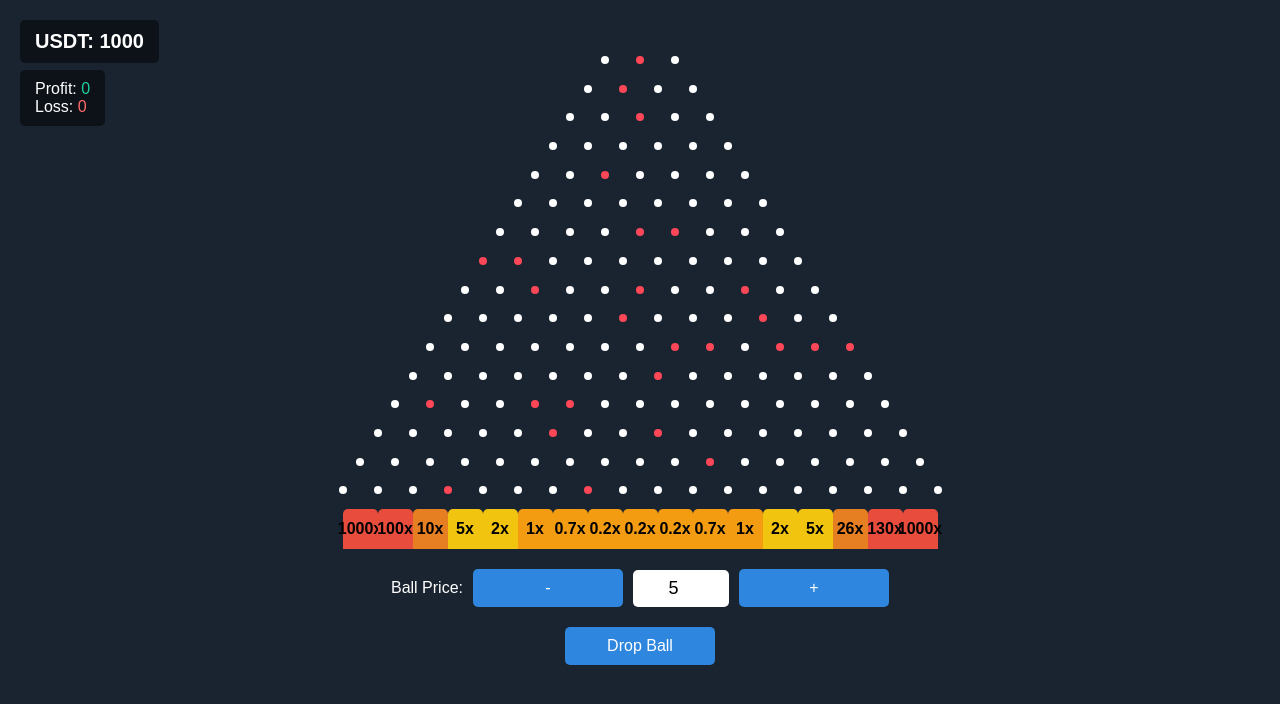
Repository: daffa-alif/PLINKO-JS
Page: plinko.html
The author's editor kept a copy of each file at every save. The page is drawn from the files as they stood at one save, then again after a run of saves.
The browser window is 1280 px wide. The pictures show the whole page.

Above is the page before, as saved 2025-03-07 08:42:28.

After the next 3 saves:
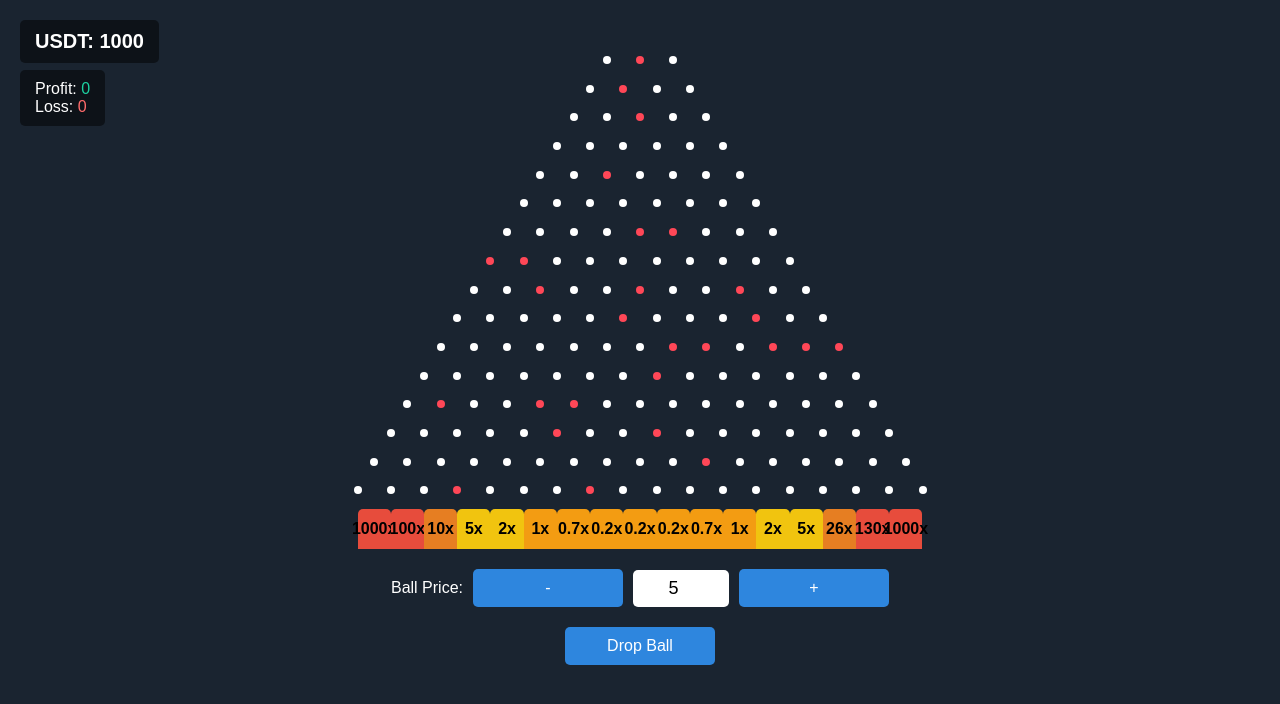
The 3 saves are shown as one change because they came seconds apart.
The last was saved 20 s later.
--- a/plinko.html
+++ b/plinko.html
@@ -214,7 +214,7 @@
             maxActiveBalls: 10,
             // Updated multipliers to match the image exactly
             multipliers: [1000, 100, 10, 5, 2, 1, 0.7, 0.2, 0.2, 0.2, 0.7, 1, 2, 5, 26, 130, 1000],
-            horizontalSpacingFactor: 1.19
+            horizontalSpacingFactor: 1.13
         };
 
         let balance = 1000;
